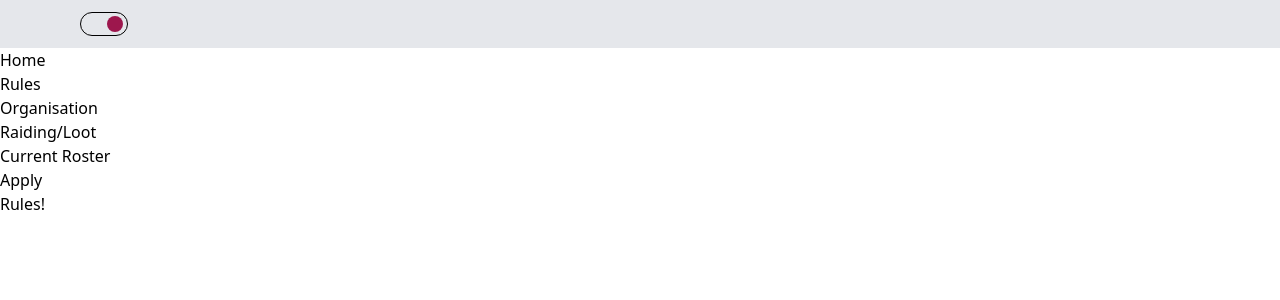
Repository: eaang/catguild_frontend
Page: /rules
An editor plug-in stored every save of this project. The page is shown before and after the next save, followed by the edit.
The browser window is 1280 px wide. The pictures show the whole page.
The project was rebuilt for these pictures with package versions that can differ from the ones it lists, and the page was loaded fresh each time. The framework's server and built-in components were replaced by stand-ins that run in the browser. Also part of the build but not shown: nuxt.config.js, components/ContentBox.vue, components/ContentEditor.vue, components/ImageBox.vue, components/SidebarMain.vue, components/SidebarSub.vue, components/TheFoooter.vue, components/icons/ChevronDown.vue and 19 more. Imported but missing from the stored project, and not drawn on this page: apollo/queries/categories/category.

Above is the page before, as saved 2021-04-02 18:04:55.

### components/TheHeader.vue
<template>
  <div class="w-full h-12 flex items-center bg-gray-200 dark:bg-gray-800">
    <div class="container"><ToggleButton /></div>
  </div>
</template>

<script>
export default {}
</script>

### components/TheSidebar.vue
<template>
  <div>
    <div>Home</div>
    <div>Rules</div>
    <div>Organisation</div>
    <div>Raiding/Loot</div>
    <div>Current Roster</div>
    <div>Apply</div>
  </div>
</template>

<script>
export default {}
</script>

### components/ToggleButton.vue
<template>
  <div class="" @click="currentStatus = !currentStatus">
    <div
      class="w-12 h-6 px-1 rounded-full grid justify-items-auto items-center border border-black"
      :class="{ 'bg-gray-800': currentStatus, 'bg-gray-200': !currentStatus }"
    >
      <transition name="left">
        <div
          v-if="currentStatus"
          class="bg-pink-200 w-4 h-4 rounded-full justify-self-start"
        ></div>
      </transition>
      <transition name="right">
        <div
          v-if="!currentStatus"
          class="bg-pink-800 w-4 h-4 rounded-full justify-self-end"
        ></div>
      </transition>
    </div>
  </div>
</template>

<script>
export default {
  data() {
    return {
      currentStatus: false,
    }
  },
}
</script>

<style scoped>
.left-enter-active,
.left-leave-enter {
  transform: translateX(0);
  transition: all 0.2s linear;
}
.left-enter,
.left-leave-to {
  transform: translateX(100%);
}
.right-enter-active,
.right-leave-enter {
  transform: translateX(0);
  transition: all 0.2s linear;
}
.right-enter,
.right-leave-to {
  transform: translateX(-100%);
}
</style>

### layouts/default.vue
<template>
  <div class="">
    <TheHeader />
    <TheSidebar />
    <Nuxt />
    <TheFooter />
  </div>
</template>

### pages/rules/index.vue
<template>
  <div>Rules!</div>
</template>

<script>
export default {}
</script>

### tailwind.config.js
module.exports = {
  purge: [
    './components/**/*.{vue,js}',
    './layouts/**/*.vue',
    './pages/**/*.vue',
    './plugins/**/*.{js,ts}',
    './nuxt.config.{js,ts}',
  ],
  darkMode: 'class', // or 'media' or 'class'
  theme: {
    container: {
      center: true,
      padding: {
        DEFAULT: '1rem',
        sm: '2rem',
        lg: '4rem',
        xl: '5rem',
        '2xl': '6rem',
      },
    },
    extend: {},
  },
  variants: {
    extend: {},
  },
  plugins: [],
}

Loaded but not shown: assets/css/tailwind.css (common file); components/TheFooter.vue (common file)

After the next save:
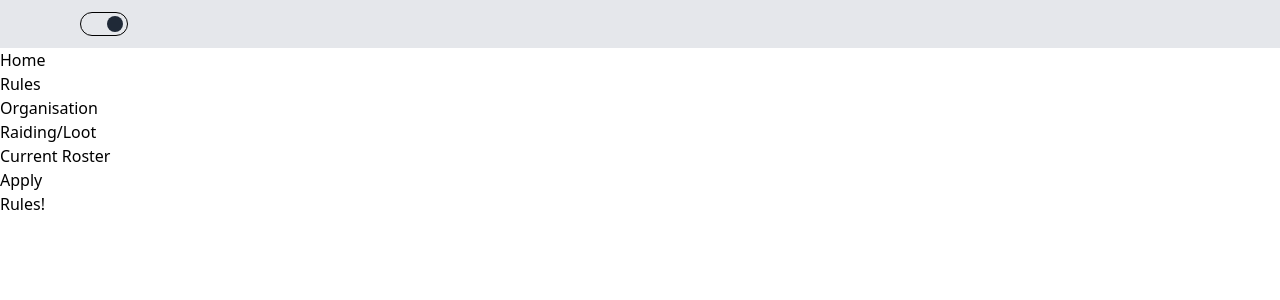
Saved 23 s later.
--- a/components/ToggleButton.vue
+++ b/components/ToggleButton.vue
@@ -7,13 +7,13 @@
       <transition name="left">
         <div
           v-if="currentStatus"
-          class="bg-pink-200 w-4 h-4 rounded-full justify-self-start"
+          class="bg-gray-200 w-4 h-4 rounded-full justify-self-start"
         ></div>
       </transition>
       <transition name="right">
         <div
           v-if="!currentStatus"
-          class="bg-pink-800 w-4 h-4 rounded-full justify-self-end"
+          class="bg-gray-800 w-4 h-4 rounded-full justify-self-end"
         ></div>
       </transition>
     </div>
